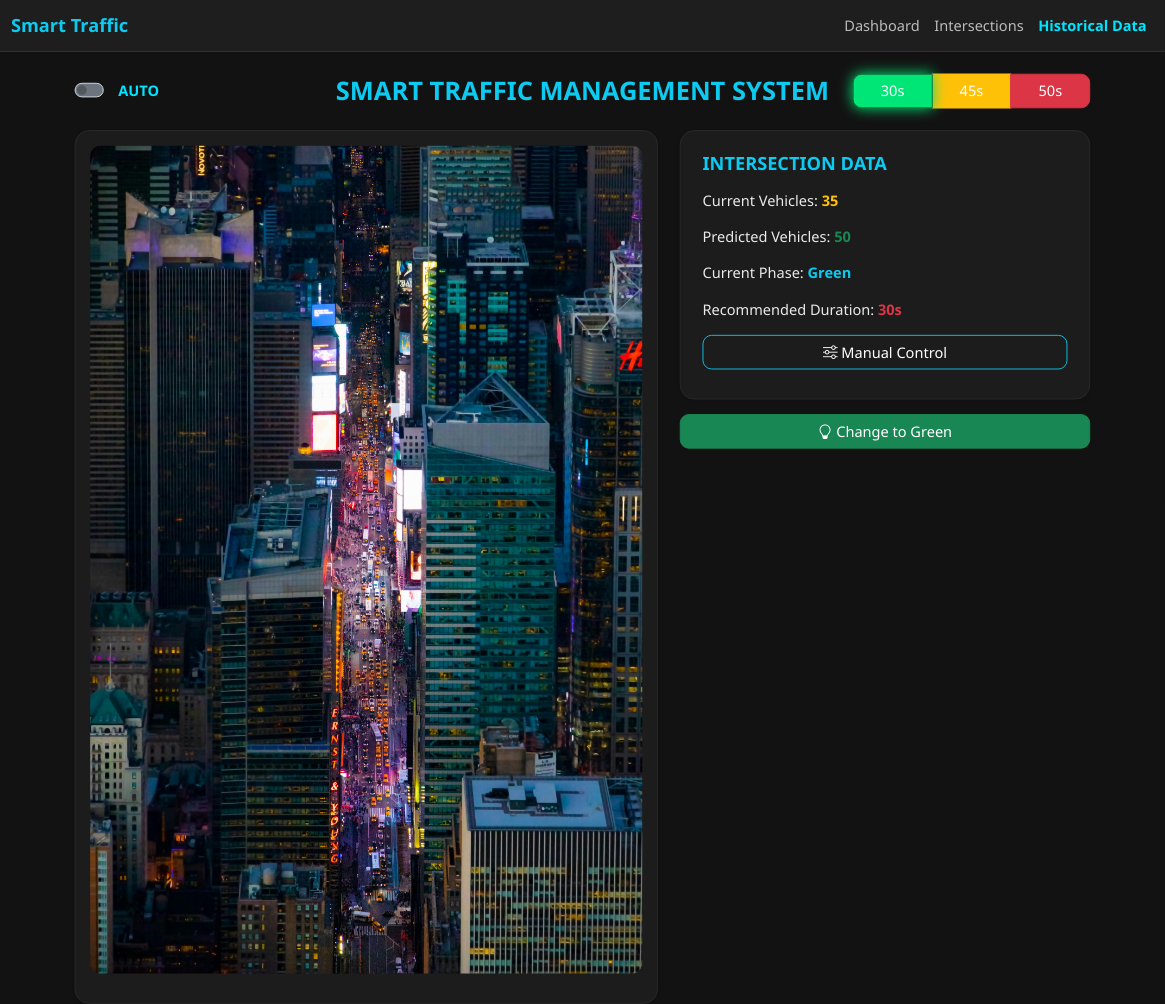
Repository: ayushkrpal/traffic-dashboard
Page: http://localhost/intersections
An editor plug-in stored every save of this project. The page is shown before and after the next save, followed by the edit.
The browser window is 1280 px wide. The pictures show the whole page, at 91% of full size.
The page is served by the project's Node server (server.js). Other server files are loaded and not shown.

Above is the page before, as saved 2025-09-02 15:58:18.

### views/intersections.ejs
<!DOCTYPE html>
<html lang="en">
<head>
  <meta charset="UTF-8">
  <title>Intersections</title>
  <link href="https://cdn.jsdelivr.net/npm/bootstrap@5.3.0/dist/css/bootstrap.min.css" rel="stylesheet">
  <link href="https://cdn.jsdelivr.net/npm/bootstrap-icons/font/bootstrap-icons.css" rel="stylesheet">

  <style>
    body {
      background-color: #121212;
      color: #eaeaea;  /* brighter text */
      font-family: 'Segoe UI', sans-serif;
    }

    /* Navbar */
    .navbar {
      background: #1e1e1e;
      border-bottom: 1px solid #333;
    }
    .navbar-brand {
      font-weight: bold;
    }
    .nav-link {
      color: #bbb !important;
      transition: color 0.2s ease;
    }
    .nav-link:hover {
      color: #f6f6f6 !important;
    }
    .nav-link.active {
      color: #00e5ff !important;
      font-weight: bold;
    }

    /* Cards */
    .card {
      background: #1c1c1c;
      border-radius: 16px;
      border: 1px solid #2a2a2a;
      box-shadow: 0 4px 20px rgba(0,0,0,0.7);
      color: #eaeaea;
    }

    /* Intersection image */
.intersection-img {
  height: 100%;          /* card takes full height */
  display: flex;         /* center the image */
  align-items: center;
  justify-content: center;
}

.intersection-img img {
  width: 100%;           /* fill card’s width */
  height: 100%;          /* fill card’s height */
  object-fit: cover;     /* cover the card while preserving aspect ratio */
  border-radius: 12px;   /* match card corners */
  transition: transform 0.3s ease;
}

.intersection-img img:hover {
  transform: scale(1.02); /* subtle zoom */
}




    /* Buttons */
    .btn-custom {
      border-radius: 10px;
      transition: all 0.3s ease;
      font-weight: 500;
      color: #fff !important;
    }
    .btn-custom:hover {
      transform: translateY(-2px);
      box-shadow: 0 6px 16px rgba(0,0,0,0.6);
    }

    /* Signal buttons */
    .btn-success.active {
      background: #00e676 !important;
      box-shadow: 0 0 15px #00e676;
    }
    .btn-warning.active {
      background: #ffc107 !important;   /* darker amber instead of bright yellow */
      color: #000 !important;
      box-shadow: 0 0 15px #ffc107;
    }
    .btn-danger.active {
      background: #ff1744 !important;
      box-shadow: 0 0 15px #ff1744;
    }

    /* Toggle label */
    #modeLabel {
      font-weight: bold;
    }
    #modeLabel.text-primary { color: #00e5ff !important; }
    #modeLabel.text-danger { color: #ff4081 !important; }
  </style>
</head>

<body>

  <!-- Navbar -->
  <nav class="navbar navbar-expand-lg navbar-dark">
    <div class="container-fluid">
      <a class="navbar-brand text-info" href="/">Smart Traffic</a>
      <button class="navbar-toggler" type="button" data-bs-toggle="collapse" data-bs-target="#navbarNav">
        <span class="navbar-toggler-icon"></span>
      </button>

      <div class="collapse navbar-collapse" id="navbarNav">
        <ul class="navbar-nav ms-auto">
          <li class="nav-item"><a class="nav-link" href="/">Dashboard</a></li>
          <li class="nav-item"><a class="nav-link" href="/intersections">Intersections</a></li>
          <li class="nav-item"><a class="nav-link active" href="/historical">Historical Data</a></li>
        </ul>
      </div>
    </div>
  </nav>

  <!-- Header Row -->
  <div class="container mt-4">
    <div class="row align-items-center mb-4">
      <!-- Left: Auto/Manual Toggle -->
      <div class="col-md-3 d-flex align-items-center">
        <div class="form-check form-switch">
          <input class="form-check-input bg-secondary" type="checkbox" role="switch" id="modeToggle">
          <label class="form-check-label ms-2" for="modeToggle"><span id="modeLabel" class="text-primary">AUTO</span></label>
        </div>
      </div>

      <!-- Center: Title -->
      <div class="col-md-6 text-center">
        <h3 class="fw-bold m-0 text-info">SMART TRAFFIC MANAGEMENT SYSTEM</h3>
      </div>

      <!-- Right: Signal Toggle Group -->
      <div class="col-md-3">
        <div class="btn-group w-100" role="group" aria-label="Signal Timing">
          <button type="button" class="btn btn-success btn-custom active" data-time="30">30s</button>
          <button type="button" class="btn btn-warning btn-custom" data-time="45">45s</button>
          <button type="button" class="btn btn-danger btn-custom" data-time="50">50s</button>
        </div>
      </div>
    </div>

    <!-- Content Row -->
    <div class="row">
      <!-- Left intersection graphic -->
      <div class="col-md-7">
        <div class="card p-3 text-center shadow-sm intersection-img">
          <img src="/pic/pic2.jpg"
               alt="intersection" class="img-fluid mb-3">
        </div>
      </div>

      <!-- Right intersection data -->
      <div class="col-md-5">
        <div class="card p-4 mb-3 shadow-sm">
          <h5 class="fw-bold mb-3 text-info">INTERSECTION DATA</h5>
          <p>Current Vehicles: <span class="text-warning fw-bold"><%= currentVehicles %></span></p>
          <p>Predicted Vehicles: <span class="text-success fw-bold"><%= predictedVehicles %></span></p>
          <p>Current Phase: <span class="text-info fw-bold"><%= currentPhase %></span></p>
          <p>Recommended Duration: <span class="text-danger fw-bold"><%= duration %>s</span></p>
          <a class="btn btn-outline-info w-100 btn-custom mb-2" href="/">
            <i class="bi bi-sliders"></i> Manual Control
          </a>
        </div>
        <button class="btn btn-success w-100 btn-custom">
          <i class="bi bi-lightbulb"></i> Change to Green
        </button>
      </div>
    </div>
  </div>

  <!-- Bootstrap JS -->
  <script src="https://cdn.jsdelivr.net/npm/bootstrap@5.3.0/dist/js/bootstrap.bundle.min.js"></script>

  <!-- Custom Script -->
  <script>
    const modeToggle = document.getElementById("modeToggle");
    const modeLabel = document.getElementById("modeLabel");

    modeToggle.addEventListener("change", () => {
      if (modeToggle.checked) {
        modeLabel.textContent = "MANUAL";
        modeLabel.classList.add("text-danger");
        modeLabel.classList.remove("text-primary");
      } else {
        modeLabel.textContent = "AUTO";
        modeLabel.classList.add("text-primary");
        modeLabel.classList.remove("text-danger");
      }
    });

    const signalButtons = document.querySelectorAll(".btn-group button");

    signalButtons.forEach(btn => {
      btn.addEventListener("click", () => {
        signalButtons.forEach(b => b.classList.remove("active"));
        btn.classList.add("active");

        const selectedTime = btn.getAttribute("data-time");
        console.log("Selected duration:", selectedTime + "s");
      });
    });
  </script>
</body>
</html>

### server.js
const express = require("express");
const app = express();

const path = require("path");

//sokcket io runs only on http server
//SOCKET-IO

const http=require('http');

const socketio=require('socket.io');

const server  = http.createServer(app);

const io = socketio(server);



//mongoose setup
const mongoose = require("mongoose");

// Import model
const IntersectionModel = require("./models/intersection");

// EJS setup
app.set("view engine", "ejs");
app.set("views", path.join(__dirname, "views"));



// Static files
app.use(express.static(path.join(__dirname, "public")));




io.on("connection", (socket) => {
  console.log("Client connected");

  // Client asks for data of a clicked intersection
  socket.on("getIntersectionData", (id) => {
    const fakeData = {
      id,
      name: id === 1 ? "Park Street" : id === 2 ? "Howrah Bridge" : "Salt Lake",
      currentVehicles: Math.floor(Math.random() * 50),
      predictedVehicles: Math.floor(Math.random() * 60),
      currentPhase: ["RED", "GREEN", "YELLOW"][Math.floor(Math.random() * 3)],
      duration: Math.floor(Math.random() * 60)
    };
    socket.emit("intersectionData", fakeData);
  });

  // Manual signal control
    socket.on("changeSignal", ({ id, color }) => {
    console.log(`Intersection ${id} changed to ${color}`);
    // TODO: later update database/ML/device here
  });
});


// Connect to MongoDB
mongoose.connect("mongodb://127.0.0.1:27017/traffic")
  .then(() => console.log("Connected to MongoDB"))
  .catch(err => console.error("MongoDB connection error:", err));


// ---------------- Routes ----------------

// Dashboard (Map)
app.get("/", async (req, res) => {
    res.render("index");

});

// Seed test data
app.get("/seed", async (req, res) => {
  try {
    await IntersectionModel.create([
      { id: 1, name: "Intersection A", lat: 28.61, lng: 77.21, status: "normal", volume: 1200, avgDelay: 30 },
      { id: 2, name: "Intersection B", lat: 28.62, lng: 77.22, status: "congested", volume: 2500, avgDelay: 90 }
    ]);
    res.send("Seeded sample data!");
  } catch (err) {
    console.error("Error seeding data:", err);
    res.status(500).send("Error seeding data");
  }
});

// Historical chart page
app.get("/historical", (req, res) => {
  res.render("historical", {
    labels: ["6 AM", "9 AM", "12 PM", "3 PM", "6 PM"],
    data: [50, 120, 90, 200, 150, 180],
    averageVehicles: 360,
    avgTime: "03:15"
  });
});


// Intersection details (example page)
app.get("/intersections", (req, res) => {
  res.render("intersections", {
    currentVehicles: 35,
    predictedVehicles: 50,
    currentPhase: "Green",
    duration: 30
  });
});

// ---------------- Start Server ----------------
server.listen(3000, () => {
  console.log("Server running at http://localhost:3000");
});

After the next save:
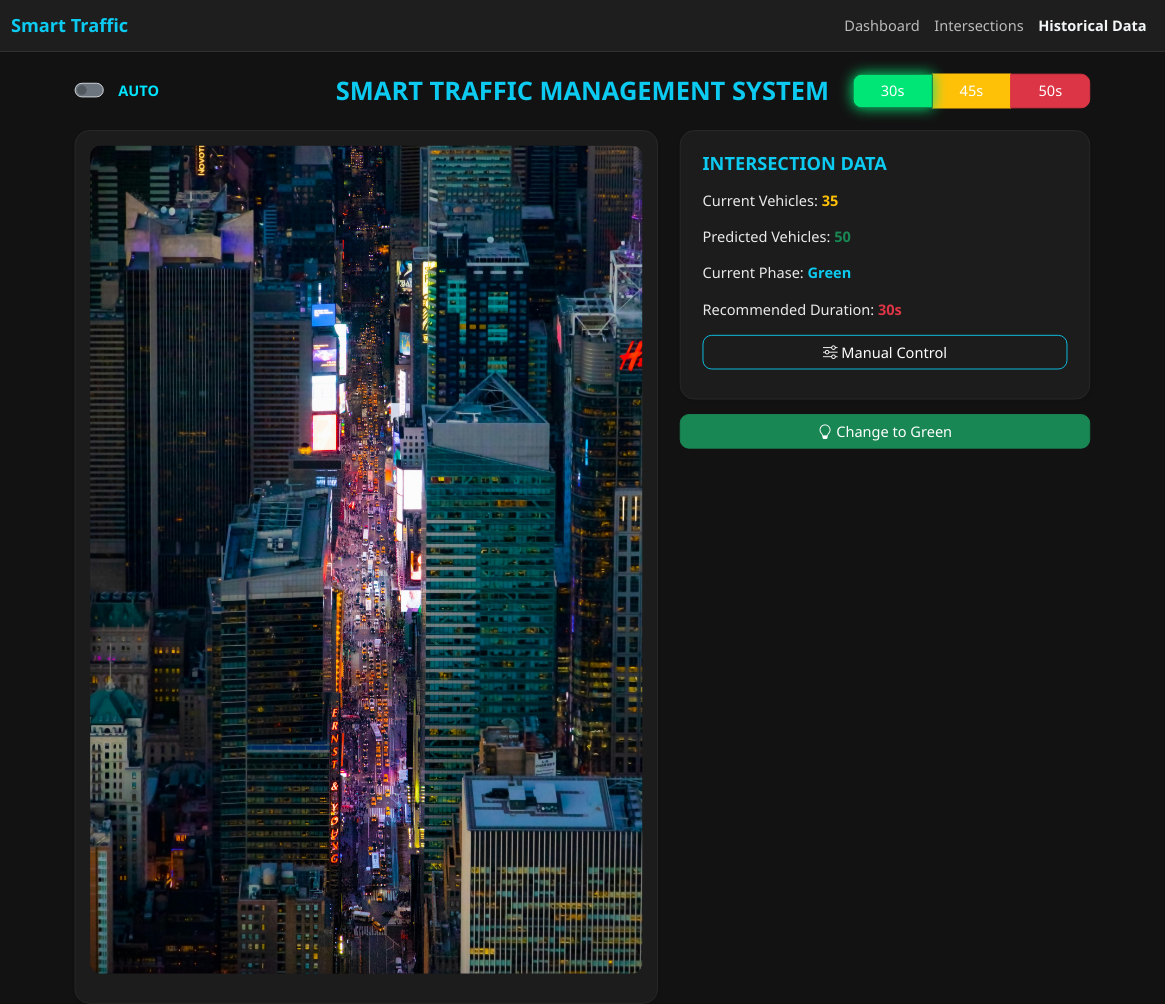
Saved 9 s later.
--- a/views/intersections.ejs
+++ b/views/intersections.ejs
@@ -29,7 +29,7 @@
       color: #f6f6f6 !important;
     }
     .nav-link.active {
-      color: #00e5ff !important;
+      color: #f3f7f8 !important;
       font-weight: bold;
     }
 
